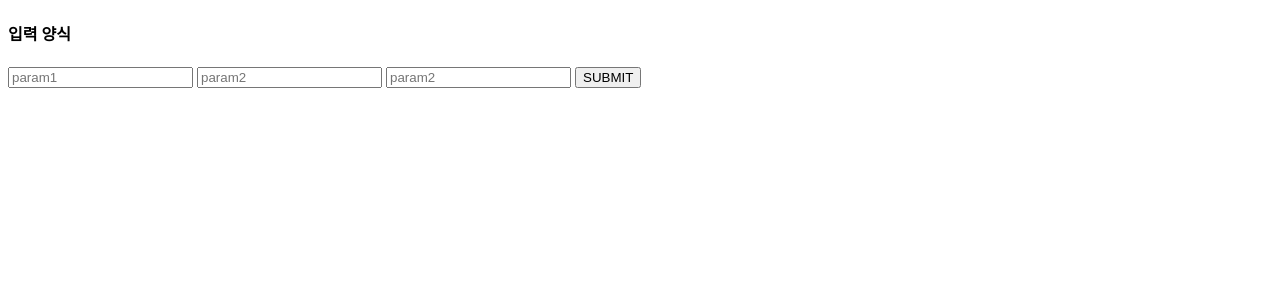
Repository: YOUNARAE/JSP
Page: http://localhost/WebStudy01/03/sampleForm.jsp
These files come from the project's save history. The page is drawn as it stood at one moment and after the next save; the edit follows.
The browser window is 1280 px wide. The pictures show the whole page.
The page is served by Tomcat 9.

Above is the page before, as saved 2022-12-07 08:16:19.

After the next save:
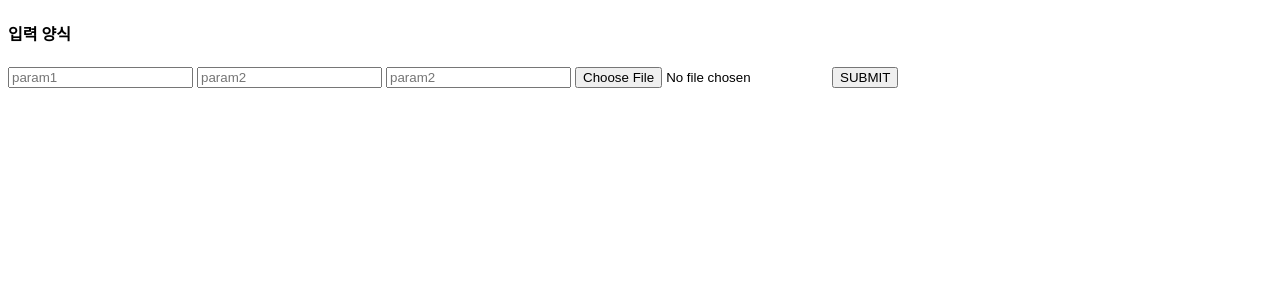
Saved 4 min 41 s later.
--- a/WebStudy01/src/main/webapp/03/sampleForm.jsp
+++ b/WebStudy01/src/main/webapp/03/sampleForm.jsp
@@ -12,6 +12,7 @@
 	<input type="text" name="param1" placeholder="param1"/>
 	<input type="text" name="param2" placeholder="param2"/>
 	<input type="text" name="param2" placeholder="param2"/>
+	<input type="file" name="file1" placeholder="file1"/>
 	<input type="submit" value="SUBMIT" />
 </form>
 </body>
